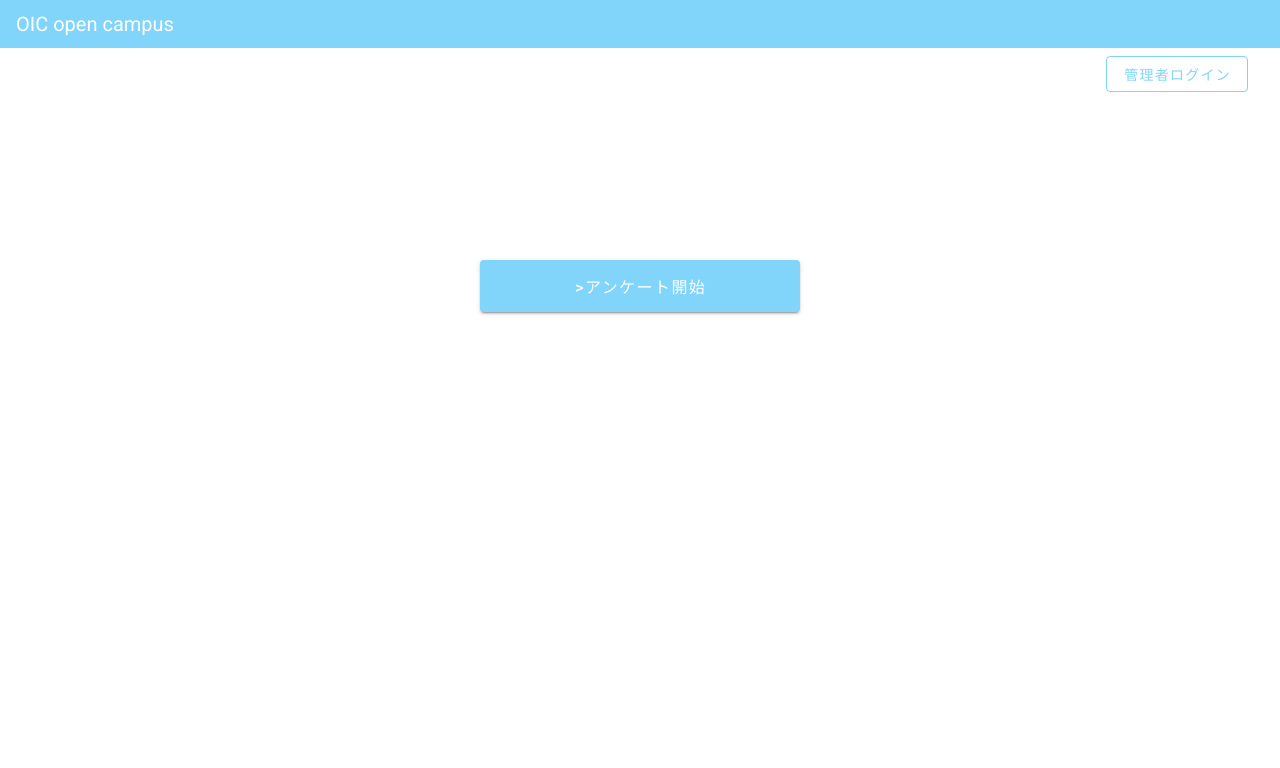
Repository: taniwhy/open-campus-system
Page: / (app in client_view/)
The author's editor kept a copy of each file at every save. The page is drawn from the files as they stood at one save, then again after the next save.
The browser window is 1280 px wide. The pictures show the whole page.
The project was rebuilt for these pictures with package versions that can differ from the ones it lists, and the page was loaded fresh each time. Also part of the build but not shown: client_view/vue.config.js, client_view/src/components/Login.vue, client_view/src/components/Branch.vue, client_view/src/components/Register.vue.

Above is the page before, as saved 2019-11-28 10:47:38.

### client_view/public/index.html
<!DOCTYPE html>
<html lang="en">
  <head>
    <meta charset="utf-8">
    <meta http-equiv="X-UA-Compatible" content="IE=edge">
    <meta name="viewport" content="width=device-width,initial-scale=1.0">
    <link rel="icon" href="<%= BASE_URL %>favicon.ico">
    <title>client_view</title>
    <link rel="stylesheet" href="https://fonts.googleapis.com/css?family=Roboto:100,300,400,500,700,900">
    <link rel="stylesheet" href="https://cdn.jsdelivr.net/npm/@mdi/font@latest/css/materialdesignicons.min.css">
  </head>
  <body>
    <noscript>
      <strong>We're sorry but client_view doesn't work properly without JavaScript enabled. Please enable it to continue.</strong>
    </noscript>
    <div id="app"></div>
    <!-- built files will be auto injected -->
  </body>
</html>

### client_view/src/main.js
import Vue from 'vue'
import App from './App.vue'
import router from './router'
import store from './store'
import vuetify from './plugins/vuetify';

Vue.config.productionTip = false

new Vue({
    router,
    store,
    vuetify,
    render: h => h(App)
}).$mount('#app')

### client_view/src/App.vue
<template>
  <v-app>
    <div>
      <v-app-bar color="light-blue lighten-3" dense dark>

        <v-toolbar-title>OIC open campus</v-toolbar-title>

      </v-app-bar>
    </div>
    <v-content>
      <router-view></router-view>
    </v-content>
  </v-app>
</template>

<script>
export default {
  name: "App",

  components: {},

  data: () => ({
    //
  })
};
</script>

### client_view/src/router/index.js
import Vue from 'vue'
import VueRouter from 'vue-router'
import Home from '../components/Home.vue'
import Login from '../components/Login.vue'
import Branch from '../components/Branch.vue'
import Register from '../components/Register.vue'

Vue.use(VueRouter)

const routes = [{
        path: '/',
        name: 'home',
        component: Home
    },
    {
        path: '/login',
        name: 'login',
        component: Login
    },
    {
        path: '/branch',
        name: 'branch',
        component: Branch
    },
    {
        path: '/register',
        name: 'register',
        component: Register
    },
]

const router = new VueRouter({
    routes
})

export default router

### client_view/src/components/Home.vue
<template>
  <v-app>
    <v-container fluid>
      <v-row>
        <v-col>
          <v-row align="center" justify="end" style="width: 100%;">
            <v-btn flat to="/login" class="ma-2" outlined color="light-blue lighten-3">管理者ログイン</v-btn>
          </v-row>
        </v-col>
      </v-row>
    </v-container>
    <v-container style="height: 100%;">
      <v-row style="height: 100%;">
        <v-col>
          <v-row align="center" justify="center" style="height: 60%;">
            <div class="my-2">
              <v-btn class="white--text" flat to="/branch" x-large color="light-blue lighten-3" width=320px>>アンケート開始</v-btn>
            </div>
          </v-row>
        </v-col>
      </v-row>
    </v-container>
  </v-app>
</template>

<script>
export default {
  name: "Home",
  data: () => ({})
};
</script>

Loaded but not shown: client_view/src/store/index.js (common file); client_view/src/plugins/vuetify.js (common file)

After the next save:
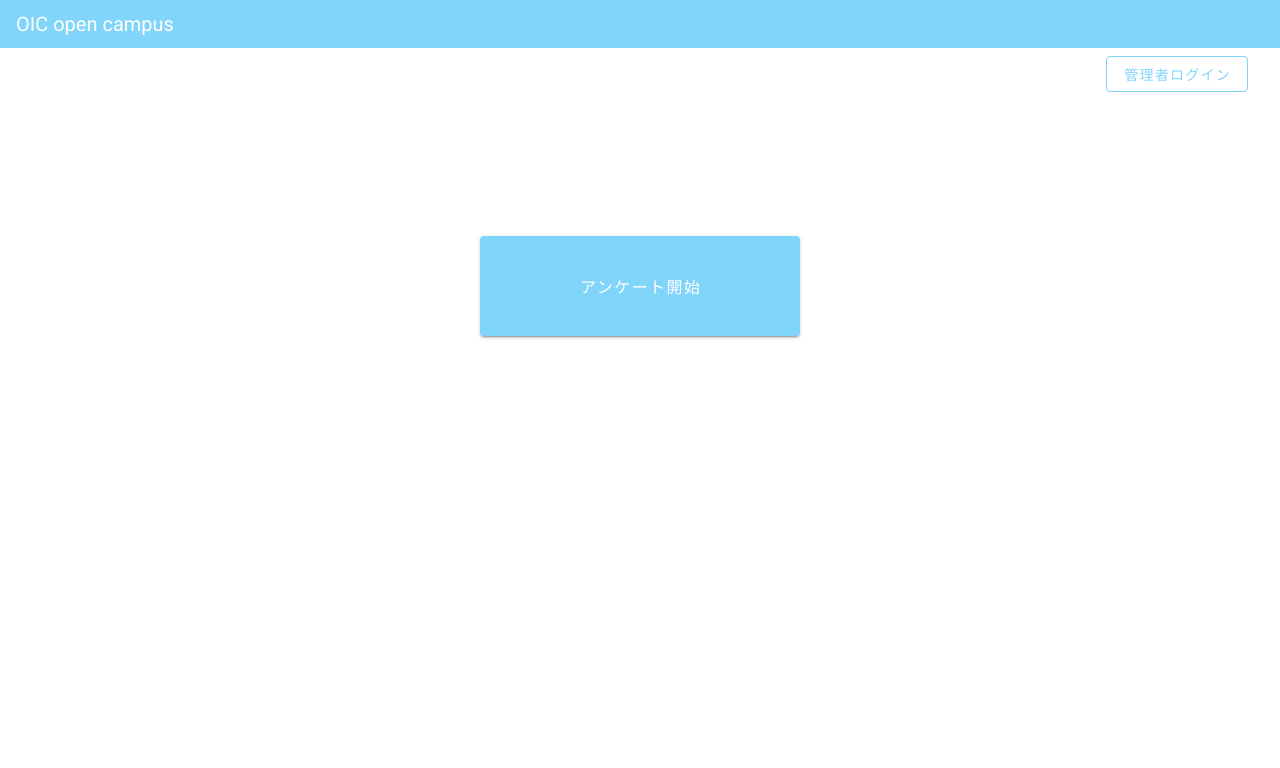
Saved 17 s later.
--- a/client_view/src/components/Home.vue
+++ b/client_view/src/components/Home.vue
@@ -14,7 +14,7 @@
         <v-col>
           <v-row align="center" justify="center" style="height: 60%;">
             <div class="my-2">
-              <v-btn class="white--text" flat to="/branch" x-large color="light-blue lighten-3" width=320px>>アンケート開始</v-btn>
+              <v-btn class="white--text" flat to="/branch" x-large color="light-blue lighten-3" width=320px height=100px>アンケート開始</v-btn>
             </div>
           </v-row>
         </v-col>
